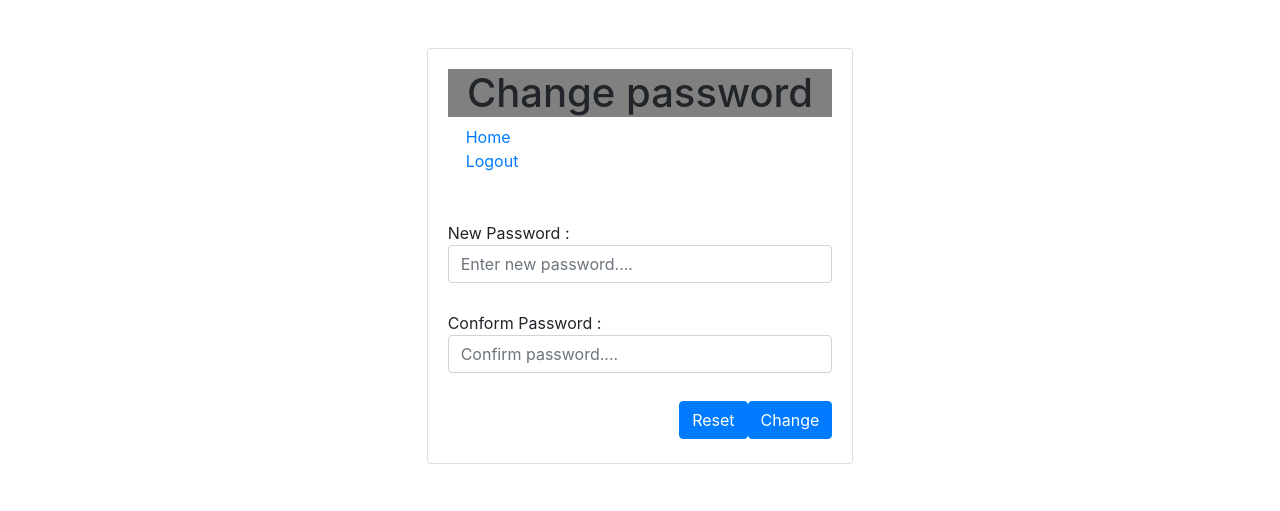
Repository: abhinavk718/servlet-project
Page: http://localhost/empwebapp/changepassword.jsp
An editor plug-in stored every save of this project. The page is shown before and after the next save, followed by the edit.
The browser window is 1280 px wide. The pictures show the whole page.
The page is served by Tomcat 9.

Above is the page before, as saved 2019-11-18 16:48:14.

After the next save:
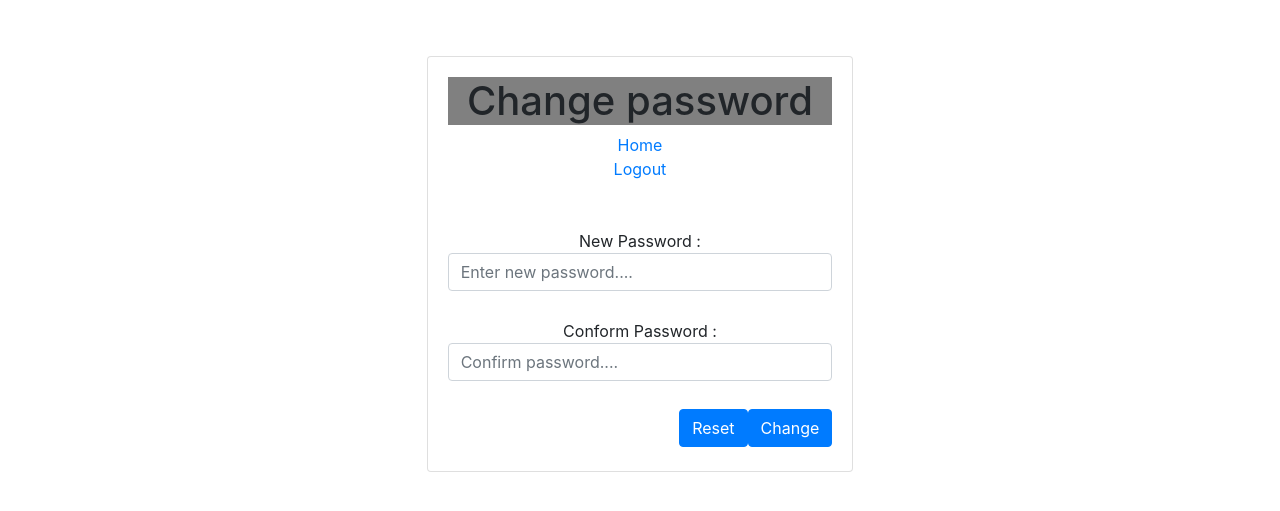
Saved 4 min 51 s later.
--- a/empwebapp/WebContent/changepassword.jsp
+++ b/empwebapp/WebContent/changepassword.jsp
@@ -5,8 +5,10 @@
 <title>Change password here</title>
 <link rel="stylesheet" href="./Bootstrap/bootstrap-4.3.1-dist/css/bootstrap.min.css">
 </head>
+<jsp:useBean id="msg" class="java.lang.String" scope="request"/>
 <body>
-<fieldset>
+<h4><%=msg%></h4>
+<fieldset align="center">
 <form action="./changepassword" class="col-md-4 offset-4 mt-5 mb-5 card card-body" method="post">
     <h1 class="text-center" style="background-color: gray;">Change password</h1>
      <a href="./home">&nbsp; &nbsp; Home &nbsp; &nbsp;</a>
